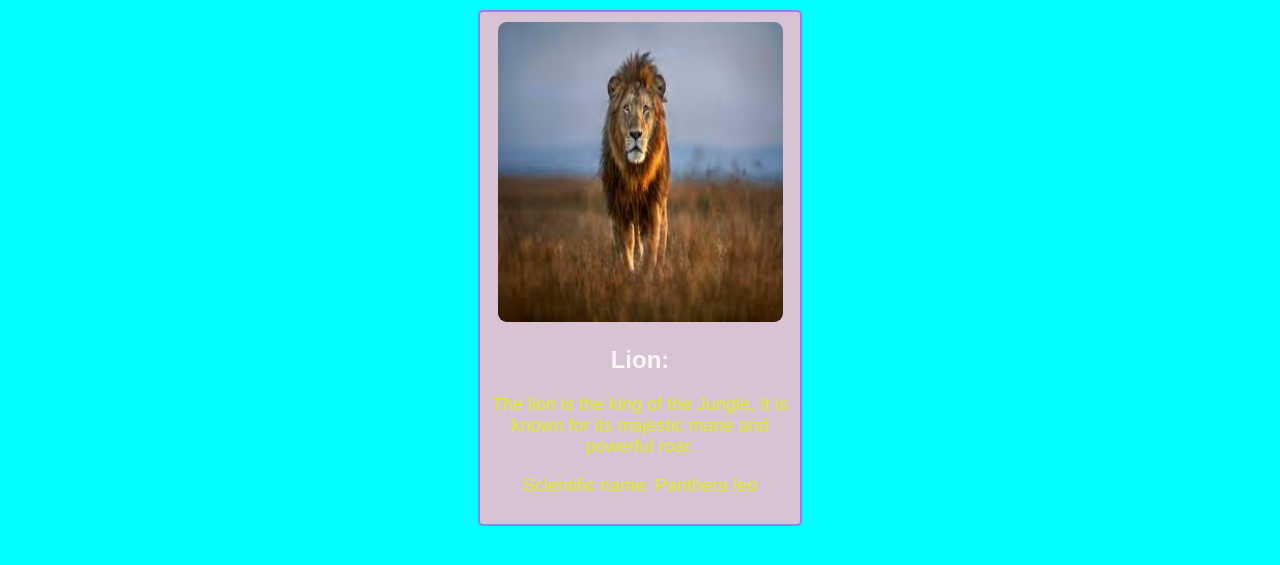
Repository: KingBoyMaylow/Animal-trading-card
Page: index.html
These files come from the project's save history. The page is drawn as it stood at one moment and after the next save; the edit follows.
The browser window is 1280 px wide. The pictures show the whole page.

Above is the page before, as saved 2024-05-13 22:24:55.

After the next save:
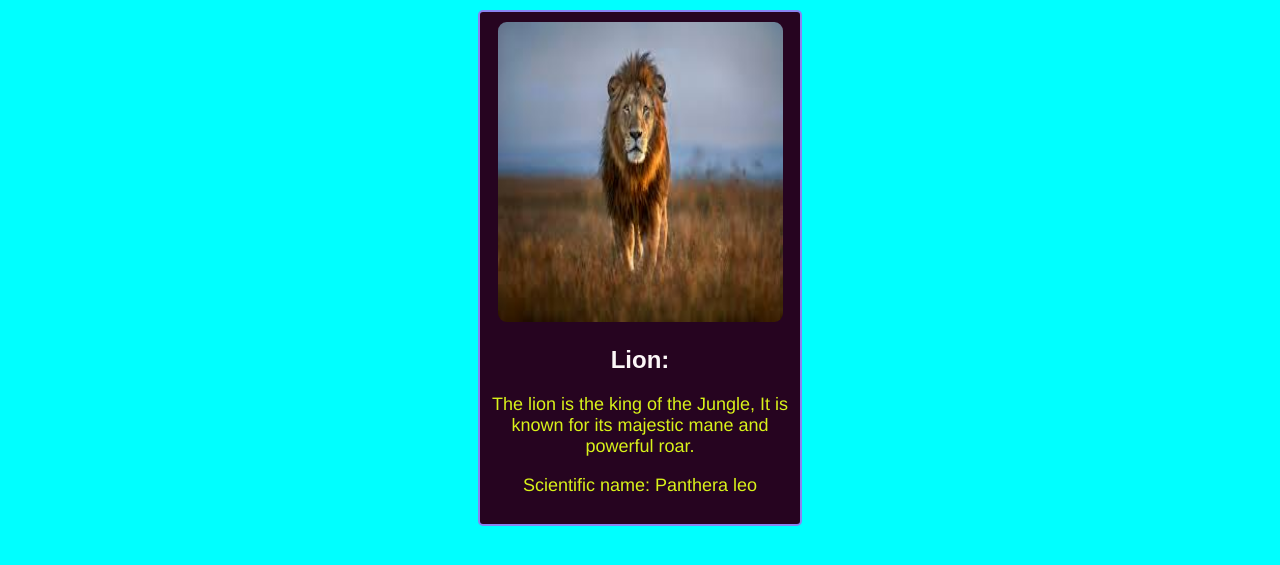
Saved 10 s later.
--- a/index.html
+++ b/index.html
@@ -18,7 +18,7 @@
         border-radius: 5px;
         margin: 10px auto;
         padding: 10px;
-        background-color: #d8c3d4;
+        background-color: #260420;
     }
     .card img {
         width: 95%;
